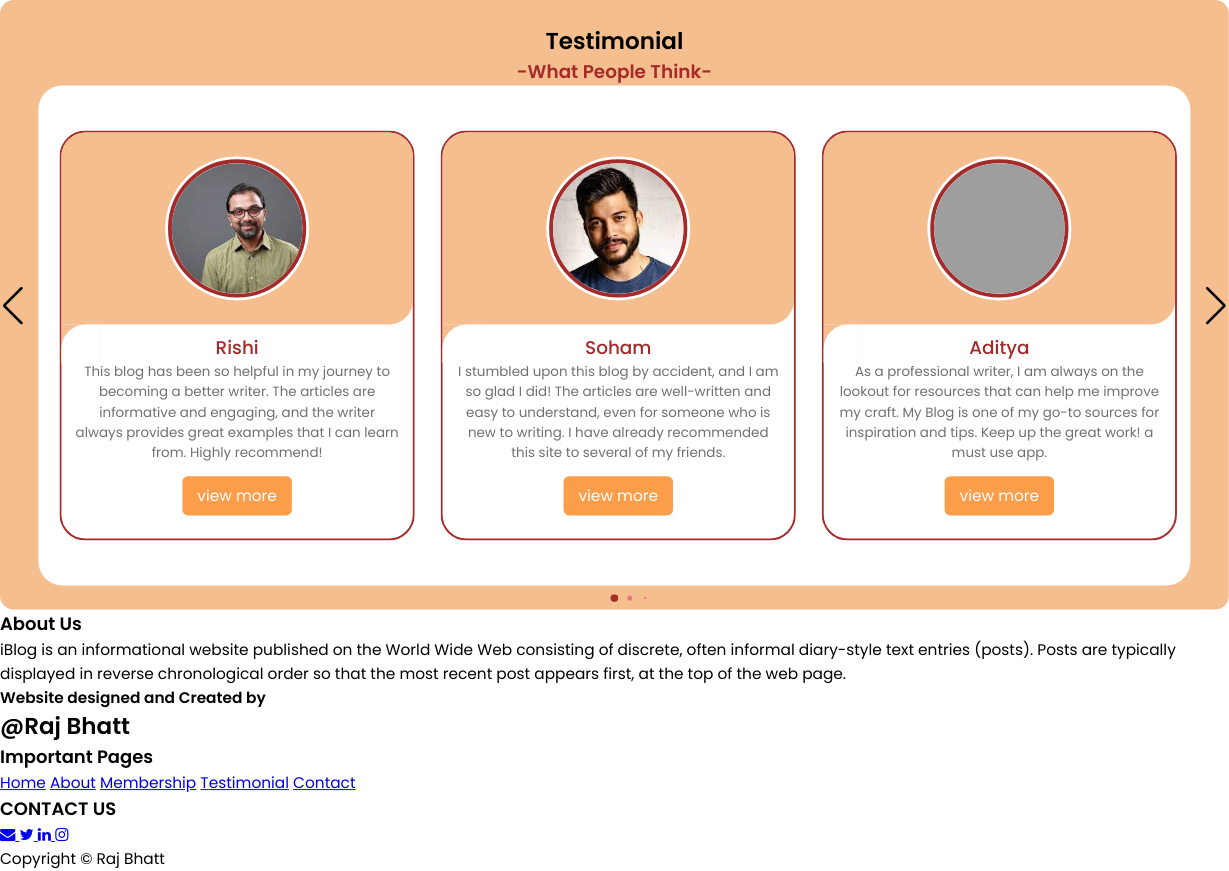
Repository: mrbhatt2348/iBlog
Page: testimonials.html
An editor plug-in stored every save of this project. The page is shown before and after the next save, followed by the edit.
The browser window is 1280 px wide. The pictures show the whole page, at 96% of full size.
Pictures or frames that could not be fetched are drawn as grey boxes.

Above is the page before, as saved 2023-03-02 22:57:19.

### testimonials.html
<!DOCTYPE html>
<html lang="en">
<head>
    <meta charset="UTF-8">
    <meta http-equiv="X-UA-Compatible" content="IE=edge">
    <meta name="viewport" content="width=device-width, initial-scale=1.0">
    <title>Testimonial</title>

    <link rel="stylesheet" href="./css/swiper-bundle.min.css">
    <link rel="stylesheet" href="https://cdnjs.cloudflare.com/ajax/libs/font-awesome/4.7.0/css/font-awesome.min.css" />
    <link rel="stylesheet" href="./css/testimonials.css">

</head>

<body>
    <div class="slide-container swiper">
        <h3>Testimonial</h3>
        <h2>-What People Think-</h2>
        <div class="slide-content">
            <div class="card-wrapper swiper-wrapper">

                <div class="card swiper-slide">
                <div class="image-content">
                    <span class="overlay"> </span>

                    <div class="card-image">
                        <img src="../img/face1.jpeg" alt=" " class="card-img">
                    </div>
                </div>
                <div class="card-content">
                    <h2 class="name">Rishi</h2>
                    <p class="description">This blog has been so helpful in my journey to becoming a better writer. The articles are informative and
                        engaging, and the writer always provides great examples that I can learn from. Highly recommend!</p>

                    <button class="button">view more</button>

                </div>
                </div>

                <div class="card swiper-slide">
                    <div class="image-content">
                        <span class="overlay"> </span>

                        <div class="card-image">
                            <img src="../img/face2.jpeg" alt=" " class="card-img">
                        </div>
                    </div>
                    <div class="card-content">
                        <h2 class="name">Soham</h2>
                        <p class="description">I stumbled upon this blog by accident, and I am so glad I did! The articles are well-written and easy to
                            understand, even for someone who is new to writing. I have already recommended this site to several of my
                            friends.</p>

                        <button class="button">view more</button>

                    </div>
                    </div>

                    <div class="card swiper-slide">
                        <div class="image-content">
                            <span class="overlay"> </span>

                            <div class="card-image">
                                <img src="../img/face3.jpeg" alt=" " class="card-img">
                            </div>
                        </div>
                        <div class="card-content">
                            <h2 class="name">Aditya</h2>
                            <p class="description">As a professional writer, I am always on the lookout for resources that can help me improve my craft.
                                My Blog is one of my go-to sources for inspiration and tips. Keep up the great work! a must use app.</p>

                            <button class="button">view more</button>

                        </div>
                        </div>


                        <div class="card swiper-slide">
                            <div class="image-content">
                                <span class="overlay"> </span>

                                <div class="card-image">
                                    <img src="../img/face4.jpeg" alt=" " class="card-img">
                                </div>
                            </div>
                            <div class="card-content">
                                <h2 class="name">Kamal</h2>
                                <p class="description">This blog has been so helpful in my journey to becoming a better writer. The articles are informative and
                                    engaging, and the writer always provides great examples that I can learn from. Highly recommend! </p>

                                <button class="button">view more</button>

                            </div>
                            </div>


                            <div class="card swiper-slide">
                                <div class="image-content">
                                    <span class="overlay"> </span>

                                    <div class="card-image">
                                        <img src="../img/face5.jpeg" alt=" " class="card-img">
                                    </div>
                                </div>
                                <div class="card-content">
                                    <h2 class="name">Rohan</h2>
                                    <p class="description">I stumbled upon this blog by accident, and I am so glad I did! The articles are well-written and easy to
                                        understand, even for someone who is new to writing. I have already recommended this site to several of my
                                        friends</p>

                                    <button class="button">view more</button>

                                </div>
                                </div>


                                <div class="card swiper-slide">
                                    <div class="image-content">
                                        <span class="overlay"> </span>

                                        <div class="card-image">
                                            <img src="../img/face6.jpeg" alt=" " class="card-img">
                                        </div>
                                    </div>
                                    <div class="card-content">
                                        <h2 class="name">Pritam</h2>
                                        <p class="description">As a professional writer, I am always on the lookout for resources that can help me improve my craft.
                                            My Blog is one of my go-to sources for inspiration and tips. Keep up the great work! a must use app. </p>

                                        <button class="button">view more</button>

                                    </div>
                                    </div>


                                    <div class="card swiper-slide">
                                        <div class="image-content">
                                            <span class="overlay"> </span>

                                            <div class="card-image">
                                                <img src="../img/img1.jpg" alt=" " class="card-img">
                                            </div>
                                        </div>
                                        <div class="card-content">
                                            <h2 class="name">Diptesh </h2>
                                            <p class="description">This blog has been so helpful in my journey to becoming a better writer. The articles are informative and
                                                engaging, and the writer always provides great examples that I can learn from. Highly recommend!</p>

                                            <button class="button">view more</button>

                                        </div>
                                        </div>


                                        <div class="card swiper-slide">
                                            <div class="image-content">
                                                <span class="overlay"> </span>

                                                <div class="card-image">
                                                    <img src="../img/img2.png" alt=" " class="card-img">
                                                </div>
                                            </div>
                                            <div class="card-content">
                                                <h2 class="name">Bitan</h2>
                                                <p class="description">I stumbled upon this blog by accident, and I am so glad I did! The articles are well-written and easy to
                                                    understand, even for someone who is new to writing. I have already recommended this site to several of my
                                                    friends</p>

                                                <button class="button">view more</button>

                                            </div>
                                            </div>


                    <div class="card swiper-slide">
                        <div class="image-content">
                            <span class="overlay"> </span>

                            <div class="card-image">
                                <img src="../img/img3.jpg" alt=" " class="card-img">
                            </div>
                        </div>
                        <div class="card-content">
                            <h2 class="name">Emilia</h2>
                            <p class="description">As a professional writer, I am always on the lookout for resources that can help me improve my craft.
                                My Blog is one of my go-to sources for inspiration and tips. Keep up the great work! a must use app. </p>

                            <button class="button">view more</button>

                        </div>
                        </div>



            </div>
        </div>

        <div class="swiper-button-next swiper-navBtn"></div>
        <div class="swiper-button-prev swiper-navBtn"></div>
        <div class="swiper-pagination"></div>
    </div>
    <div class="footer1">

        <div class="footer-content left">
            <h3>About Us</h3>
            <p>iBlog is an informational website published on the World Wide Web consisting of discrete,
                 often informal diary-style text entries (posts). Posts are typically displayed
                 in reverse chronological order so that the most recent post appears first, at the top of the web page. </p>
                 <h4>Website designed and Created by </h4> <h2> @Raj Bhatt</h2>
        </div>

        <div class="footer-content right">
            <h3>Important Pages</h3>
               <a href="index.html" >Home</a>
                <a href="about.html">About</a>
                <a href="membership.html">Membership</a>
                <a href="testimonials.html">Testimonial</a>
                <a href="contact.html">Contact</a>
        </div>
        <footer class="foot" >
            <h3>CONTACT US</h3>
          <div class="icons">
            <a class ="email" href="#" target="_blank">
                <i class="fa fa-envelope"></i>
              </a>
            <a class ="twitter" href="#" target="_blank">
              <i class="fa fa-twitter"></i>
            </a>
            <a class ="linkedin" href="#" target="_blank">
              <i class="fa fa-linkedin"></i>
            </a>
            <a class ="instagram" href="#" target="_blank">
              <i class="fa fa-instagram"></i>
            </a>

          </div>
           </footer>
    </div>
      <div class="footer_c">
          <p>Copyright &copy; Raj Bhatt </p>
      </div>

</body>

<script src="./swiper-bundle.min.js"></script>
<script src="./testimonial.js"></script>

</html>

### css/testimonials.css
@import url('https://fonts.googleapis.com/css2?family=Poppins:wght@300;400;500;600&display=swap');

*{
    margin: 0;
    padding:0;
    box-sizing: border-box;
    font-family: 'Poppins',sans-serif;
}


/* body{
    min-height: 100vh;
    display: flex;
    align-items: center;
    justify-content: center;
    background-color: #EFEFEF;
} */

.slide-container{
    max-width: 1300px;
    background-color:  #f5be8f;
    width:100%;
    padding: 25px 0;
    border-radius: .9rem;
}

.slide-container h3{
    color:black;
    text-align: center;
    font-size: 1.5rem;
}

.slide-container h2{
    color:brown;
    font-size: 1.2rem;
    text-align: center;
}

.slide-content{
    padding: 45px 20px;
    margin:0 40px;
    background-color: #fff;
     overflow: hidden;
    border-radius: 25px;
}

.card{
    margin:2px 2px 2px 2px;
    border-radius: 27px;
    background-color: #fff;
   border:2px solid brown;
}

.image-content,
.card-content{
    padding: 10px 14px;
    display: flex;
    flex-direction:column;
    align-items: center;
    padding: 10px 14px ;
}

.card-image{
    position: relative;
    height: 150px;
    width:150px;
    border-radius: 50%;
    background-color: #fff;
    padding: 3px;
}

.card-image .card-img{
    height:100%;
    width: 100%;
    object-fit: cover;
    border-radius:50%;
    border: 4px solid brown;
}

.name{
    font-size: 18px;
    font-weight: 500;
    color:#333;
}

.description{
    font-size: 14px;
    color: #707070;
    text-align: center;
}

.image-content{
    row-gap: 5px;
    position: relative;
    border-radius: 25px 25px 0 25px;
    padding: 25px 0;
}

.overlay{
    position: absolute;
    left:0;
    top:0;
    height: 100%;
    width: 100%;
    background-color: #f5be8f ;
    border-radius: 25px 25px 25px 0;
}

.overlay::before,
.overlay::after{
    content: '';
    position: absolute;
    height: 40px;
    width: 40px;
    background-color: #f5be8f;
    bottom: -40px;
}

.overlay::after{
    border-radius: 25px 0 0 0;
    background-color: #fff;
}

.button{
    border: none;
    font-size: 16px;
    color:#fff;
    padding: 8px 16px;
    background-color: #fc9d4a;
    border-radius: 6px;
    margin: 14px;
    cursor: pointer;
    transition: all 0.3s ease;
}

.button:hover{
    background-color: brown;
}

.swiper-navBtn{
    color:black;
    transition: color 0.3s ease;
}

.swiper-navBtn:hover{
    color:brown;
}

.swiper-navBtn::before,
.swiper-navBtn::after{
    font-size: 40px;
}

.swiper-button-next{
    right:0;
}

.swiper-button-prev{
    left:0;
}

.swiper-pagination-bullet{
    background-color: rgb(233, 114, 134);
    opacity:1;
}

.swiper-pagination-bullet-active{
    background-color:brown;
}

@media screen and (max-width:768px) {
    .swiper-navBtn{
        display: none;
    }

    .slide-content{
        margin:0 10px;
    }

}

### testimonial.js
var swiper = new Swiper(".slide-content", {
    slidesPerView: 3,
    spaceBetween: 25,
    loop: true,
    centerSlide: 'true',
    fade: 'true',
    grabCursor: 'true',
    pagination: {
      el: ".swiper-pagination",
      clickable: true,
      dynamicBullets: true,
    },
    navigation: {
      nextEl: ".swiper-button-next",
      prevEl: ".swiper-button-prev",
    },

    breakpoints:{
      0: {
        slidesPerView: 1,
    },
    529: {
        slidesPerView: 2,
    },
    969: {
        slidesPerView: 3,
    },

    },
  });

### css/style.css
* {
  margin: 0;
  padding: 0;
}

body{
  background-color: #232323;
}

/* ===========preloader css ==========*/
.preloader {
  position: fixed;
  width: 100%;
  height: 100vh;
  background: #f1dbbf;
  left: 0;
  top: 0;
  display: flex;
  flex-direction: column;
  align-items: center;
  justify-content: center;
  transition: all 4000ms;
  z-index: 2000;
}

.preloader.hide {
  opacity: 0;
  pointer-events: none;
}
.preloader.hide {
  opacity: 0;
  pointer-events: none;
}

.preloader .preloader-text {
  color: #838383;
  text-transform: uppercase;
  letter-spacing: 8px;
  font-size: 15px;
}

.preloader .dots-container {
  display: flex;
  margin-bottom: 48px;
}

.preloader .dot {
  background: red;
  width: 20px;
  height: 20px;
  border-radius: 50%;
  margin: 0 5px;
}

.preloader .dot.red {
  background:#623005;
  animation: bounce 1000ms infinite;
}

.preloader .dot.green {
  background: #d56c16de;
  animation: bounce 1000ms infinite;
  animation-delay: 200ms;
}

.preloader .dot.yellow {
  background: #ff8000 ;
  animation: bounce 1000ms infinite;
  animation-delay: 400ms;
}

@keyframes bounce {
  50% {
      transform: translateY(16px);
  }

  100% {
      transform: translateY(0);
  }
}

/*=================================*/

.navigation {
  margin-top: 25px;
  font-family: var(--font1);
  /* height: 74px;  */
  display: flex;
  justify-content: space-between;
  align-items: center;
}

.nav-left {
  display: flex;
}

.nav-left span {
  font-size: 35px;
  padding-top: 10px;
}

.nav-left ul {
  display: flex;
  align-items: center;
  margin: 0 77px;
  font-size: 22px;
  padding-bottom: 23px;
}

.nav-left ul li {
  list-style: none;
  margin: 0 14px;
  font-family: var(--font2);
  transition: all 0.3s ease-in-out;
}

.nav-left ul li a {
  text-decoration: none;
  color: black;
  font-family: sans-serif;
}

.dark ul li a{
  color: #fff;
}
.dark .grey{
  color: black !important;
}
.dark .main1{
  color: white;
}
.nav-left ul li a:hover {
  color: var(--main-bg-color);
  transform: scale(1.009);
  transition: 1ms linear;
  /* z-index: 2; */
  /* box-shadow: 1px 1px 2px .5px var(--main-bg-color); */
  border-bottom: 2px solid var(--main-bg-color);
  padding: 4px;
}

.signin {
  border-radius: 12px;
  background-color: rgb(249, 219, 163);
  color: #333;
  font-weight: bolder;
  padding: 10px 30px;
}

.signin-button {
  text-decoration: none;
  color: #333;
}

.signin:hover {
  background-color: orange;
}

.content {
  height: 100%;
  display: flex;
  margin-top: 32px;
  padding: 9px;
  position: relative;
}

.content::after {
  content: "";
  background-image: url("../img/11.svg");
  position: absolute;
  width: 100%;
  height: inherit;
  opacity: 0.15;
  border-radius: 12px;
}

.content-left {
  font-family: var(--font1);
  display: flex;
  flex-direction: column;
  justify-content: center;
  padding: 49px;
  z-index: 1;
}

.content-right {
  display: flex;
  align-items: center;
  justify-content: center;
}

.content-right img {
  height: 355px;
  border: 2px solid black;
  border-radius: 200px;
}

.home-articles {
  padding: 18px;
  background-color: rgb(248, 239, 239, 0.5);
  margin-top: 23px;
  position: relative;
}

.year-box {
  position: absolute;
  right: 0px;
  top: 100px;
  width: 234px;
  height: 255px;
  font-size: 18px;
}

.year-box div {
  margin: 12px 0px;
}

.home-article {
  display: flex;
  margin: 25px;
}

.home-article img {
  width: 300px;
}

.home-article-content {
  align-self: center;
  padding: 25px;
}

.home-article-content a {
  text-decoration: none;
  color: black;
}
/* .home-articles{} */
.footer {
  height: 200px;
  background-color: var(--main-bg-color);
  display: flex;
  color: black;

}

.footer .footer-content {
    flex:50%;
}

.footer .right,
.footer .left{
     text-align: center;
}

.footer-content h3{
  color:brown;
  font-weight: 400;
}

.footer-content h2{
  color:brown;
  font-size: 1.2rem;
}


.button{
  margin: 2%;
}
.dark{
  background-color: rgb(20, 20, 20);
  color: white;
}
.white-links{
  color: white;
}
.black-links{
  color: black;
}

.dark a{
  color: white !important;
}



/*slider*/

.switch {
  position: relative;
  display: inline-block;
  width: 60px;
  height: 34px;
}

.switch input {
  opacity: 0;
  width: 0;
  height: 0;
}

.slider {
  position: absolute;
  cursor: pointer;
  top: 0;
  left: 0;
  right: 0;
  bottom: 0;
  background-color: grey;
  -webkit-transition: .4s;
  transition: .4s;
}

.slider:before {
  position: absolute;
  content: "";
  height: 26px;
  width: 26px;
  left: 4px;
  bottom: 4px;
  background-color: white;
  -webkit-transition: .4s;
  transition: .4s;
}

input:checked + .slider {
  background-color: green;
}

input:focus + .slider {
  box-shadow: 0 0 1px green;
}

input:checked + .slider:before {
  -webkit-transform: translateX(26px);
  -ms-transform: translateX(26px);
  transform: translateX(26px);
}

::-webkit-scrollbar{
  width: 10px;
}

::-webkit-scrollbar-thumb{
  background-color: orange;
  background-clip: content-box;
  border: 2px solid transparent;
  border-radius: 15px;
}

::-webkit-scrollbar-track{
  background-color: white;
}


#newsin {
  /* width: 75%; */
  text-align: center;
  padding-top: 100px;
  border: 2px solid black;
  /* padding: 50px; */
  padding-bottom: 10px;
  margin: 100px;
  border-radius: 15px;
  background-color: rgb(239 235 229);
  box-shadow: 1px 2px 1.2px rgb(166, 112, 11);
}

#info {
  text-align: center;
  padding: 10px;
  padding-left: 0px;
  margin-top: 50px;
  margin-bottom: 0px;
}

#nameuser{
  width: 75%;
  border-radius: 15px;
  padding: 10px;
  margin: 10px;
}

#checkedbox {
  padding: 50px;
  margin: 10px;
  position: relative;
  left: 0;
}

#submitnews {
  padding: 10px;
  margin: 10px;
  width: 200px;
  border-radius: 50px;
  cursor: pointer;
}
.footer_c{
  background-color: black;
  color: white;
}
.foot {
  display: flex;
  justify-content: center;
  flex-direction: column;
  align-items: center;
}
.foot h3{
  color:brown;
  font-weight: bold;
  margin-bottom: 10px;
  font-size: 25px;
  text-transform: uppercase;
}


.icons {
  padding: 0.5rem;
}
.icons a{
  text-decoration: none;
}
.icons i {
  width: 35px;
  height: 35px;
  line-height: 35px;
  margin-bottom: 6px !important;
  border-radius: 100%;
  background-color: #33353d;
  color: white;
  display: flex;
  flex-direction: column;
  text-align: center;
  transition: all 0.2s linear;
}

.twitter :hover {
  background-color: #00aced;
  color: #fff;
}

.linkedin :hover {
  background-color: #007bb6;
  color: #fff;
}

.instagram :hover {
  background-color: #ea2c59;
  color: #fff;
}
.email :hover {
  background-color:#623005;
  color: white;
}

.footer_c p{
  text-align: center;
  padding-top: 10px;
  padding-bottom: 10px;
}
.footer1 {
  background-color: var(--main-bg-color);
  display: flex;
  color: black;
  padding-left: 70px;
  padding-right: 70px;
  padding-top: 50px;
  padding-bottom: 30px;
  display: flex;
  flex-direction: row;
  justify-content: space-around;
}

.right,
.left{
     text-align: center;
}
.right{
  display: flex;
  flex-direction: column;
}

.left{
  width: 40% !important;
}
.left p{
  text-align: justify;
  font-size: 16px;
  font-weight: 400;
  color: black !important;
}

.left h4{
  margin-top: 10px;
  font-weight: bolder;
  text-transform: uppercase;
  color:white;
  letter-spacing: 2px;
}
.footer-content h3{
  color:brown;
  font-weight: bold;
  margin-bottom: 10px;
  font-size: 25px;
  text-transform: uppercase;
}

.footer-content h2{
  color:brown;
  font-size: 1.2rem;
}

.right a{
  text-decoration: none;
  color: black !important;
  margin-bottom: 8px;
}

Loaded but not shown: css/swiper-bundle.min.css (library); swiper-bundle.min.js (library)

After the next save:
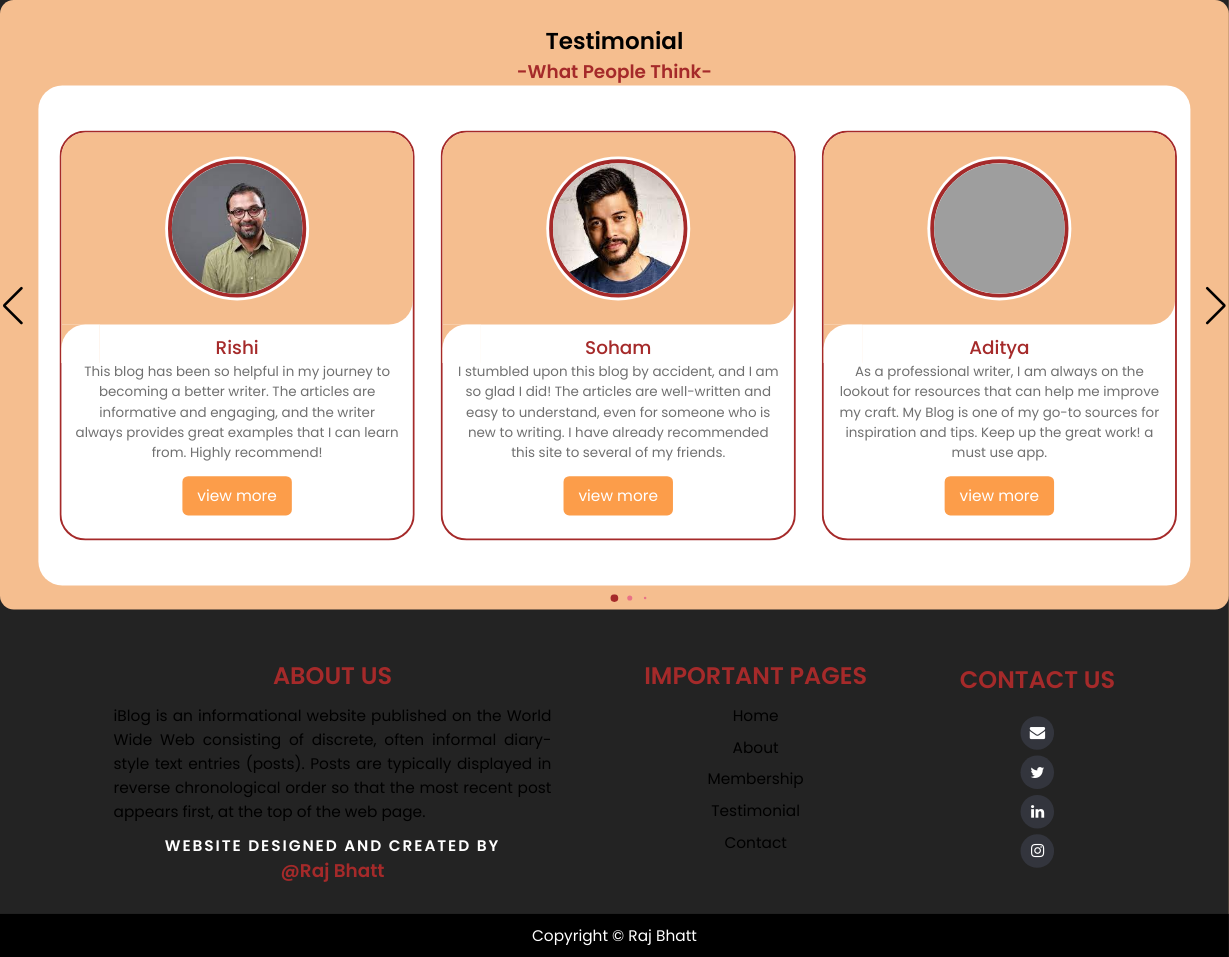
Saved 25 s later.
--- a/testimonials.html
+++ b/testimonials.html
@@ -5,7 +5,7 @@
     <meta http-equiv="X-UA-Compatible" content="IE=edge">
     <meta name="viewport" content="width=device-width, initial-scale=1.0">
     <title>Testimonial</title>
-
+    <link rel="stylesheet" href="css/style.css">
     <link rel="stylesheet" href="./css/swiper-bundle.min.css">
     <link rel="stylesheet" href="https://cdnjs.cloudflare.com/ajax/libs/font-awesome/4.7.0/css/font-awesome.min.css" />
     <link rel="stylesheet" href="./css/testimonials.css">
